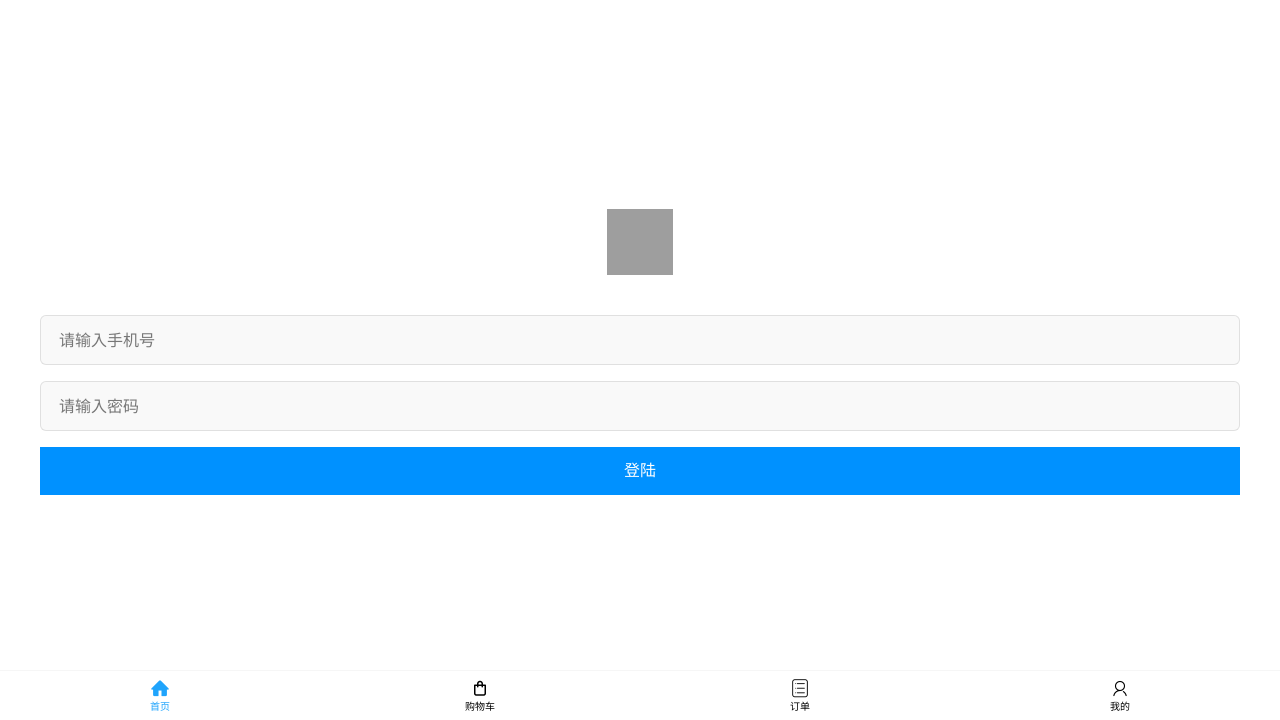
Repository: nestzero/mallapp
Page: /#/login
These files come from the project's save history. The page is drawn as it stood at one moment and after the next save; the edit follows.
The browser window is 1280 px wide. The pictures show the whole page.
Pictures or frames that could not be fetched are drawn as grey boxes. The project was rebuilt for these pictures with package versions that can differ from the ones it lists, and the page was loaded fresh each time. Also part of the build but not shown: vue.config.js.

Above is the page before, as saved 2022-03-07 22:50:57.

After the next save:
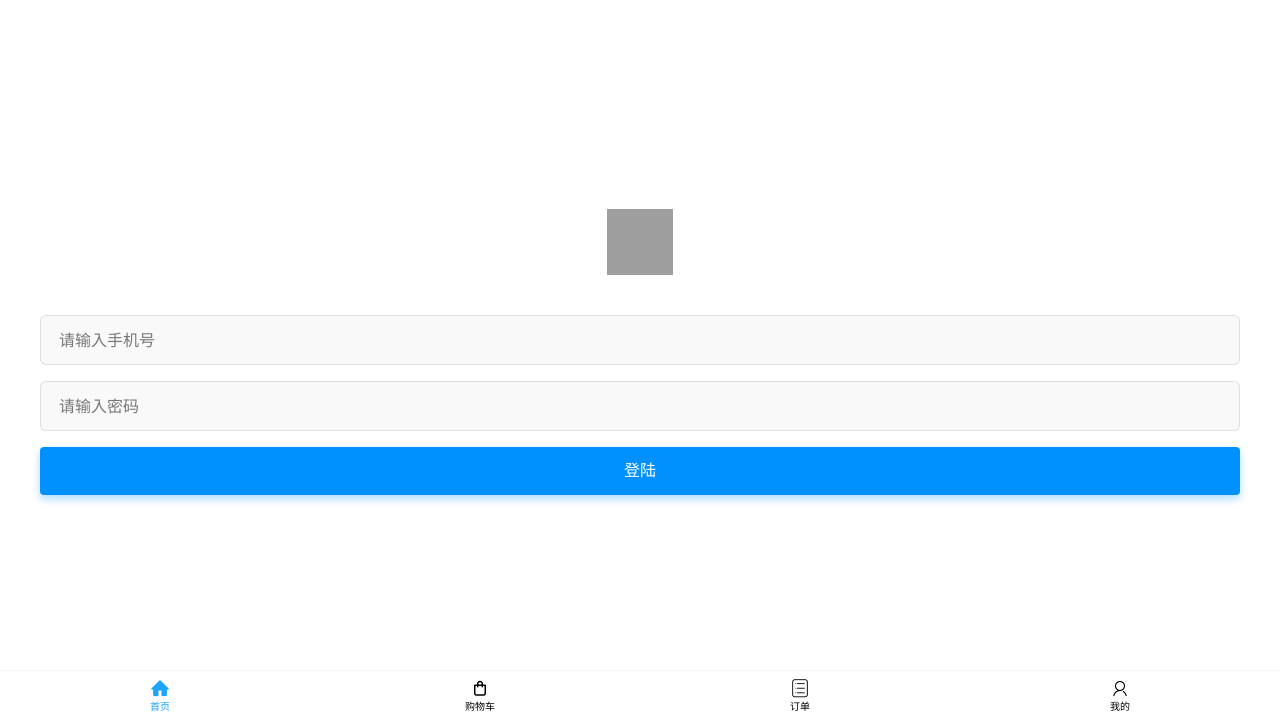
Saved 28 s later.
--- a/src/components/content/login/Login.vue
+++ b/src/components/content/login/Login.vue
@@ -79,6 +79,10 @@ export default {};
     font-size: 16px;
     font-family: 'PingFangSC-Regular';
 
+    box-shadow: 0 .04rem .08rem 0 rgba(0,145,255,0.32);
+    border-radius: .04rem;
+    border-radius: .04rem;
+
     background-color: #0091FF;
 
     margin: 0 .4rem .16rem .4rem;
